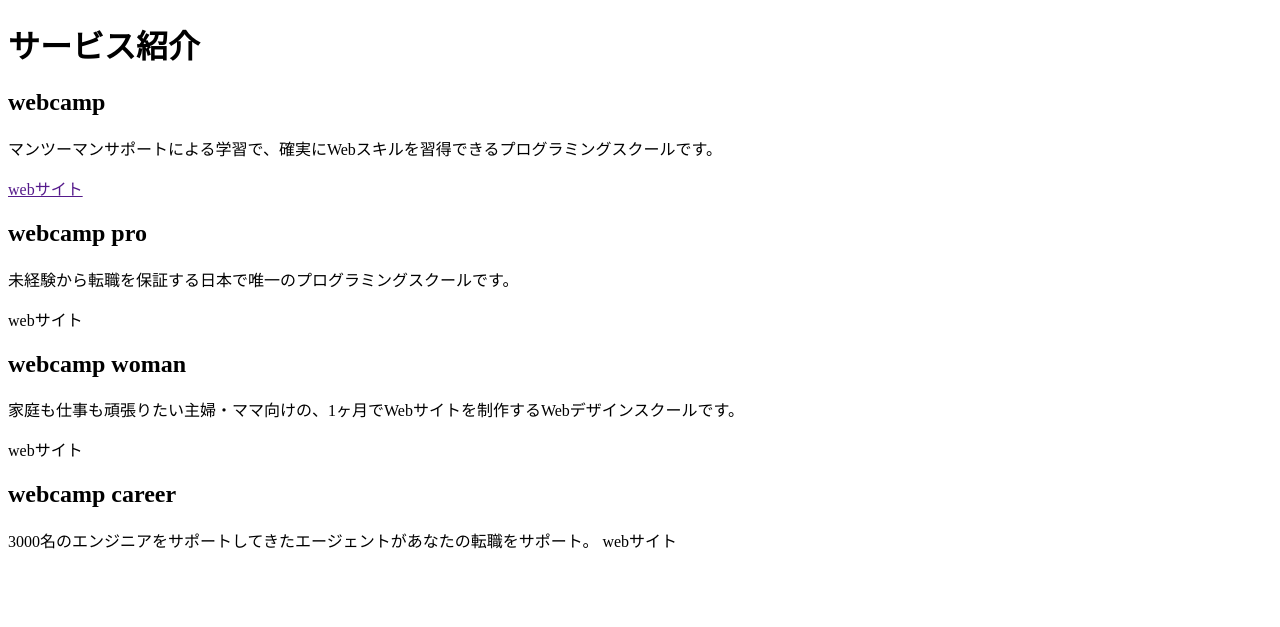
Repository: sutanuki/webcamp
Page: html,css/c2/index.html
The author's editor kept a record of every edit. The page is drawn from the files as they stood at one moment, then again after the next edit.
The browser window is 1280 px wide. The pictures show the whole page.

Above is the page before.

### html,css/c2/index.html
<!DOCTYPE html>
<html>
  <head>
    <meta charset=utf-8 />
    <title></title>
  </head>
  <body>
    <h1>サービス紹介</h1>
      <h2>webcamp</h2>
        <p>マンツーマンサポートによる学習で、確実にWebスキルを習得できるプログラミングスクールです。</p>
        <a href="">webサイト</a>
      <h2>webcamp pro</h2>
        <p>未経験から転職を保証する日本で唯一のプログラミングスクールです。</p>
        webサイト
      <h2>webcamp woman</h2>
        <p>家庭も仕事も頑張りたい主婦・ママ向けの、1ヶ月でWebサイトを制作するWebデザインスクールです。</p>
        webサイト
      <h2>webcamp career</h2>
        <p>3000名のエンジニアをサポートしてきたエージェントがあなたの転職をサポート。
        webサイト
  </body>
</html>

After the next edit:
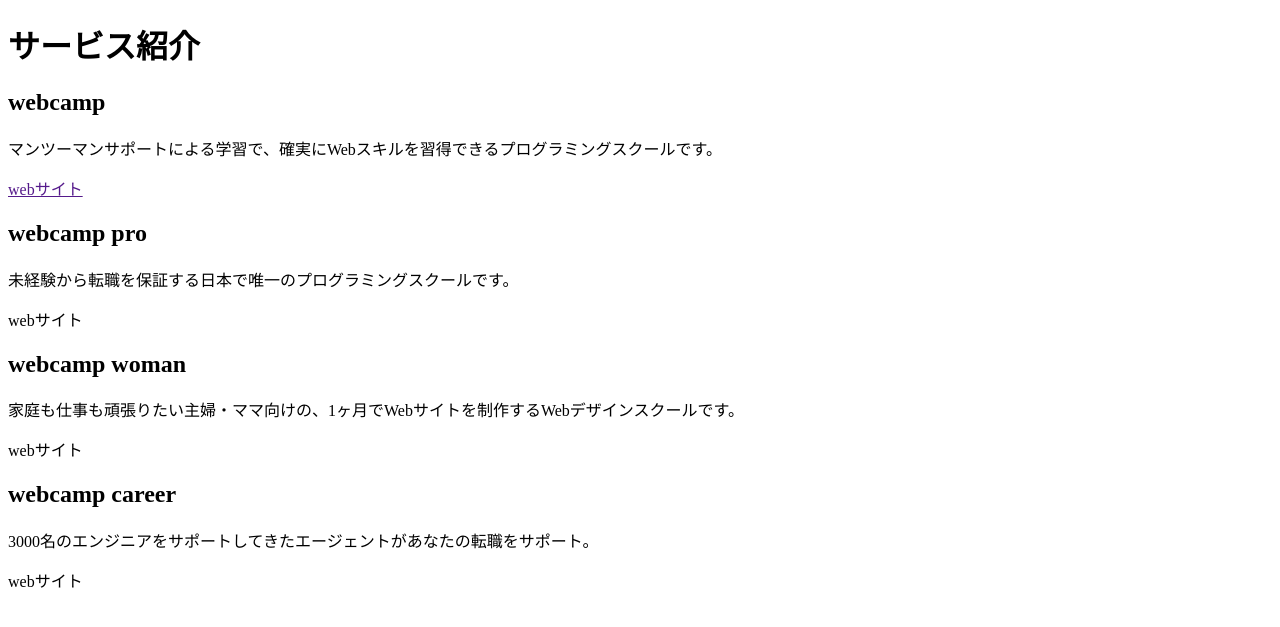
The edit:
--- a/html,css/c2/index.html
+++ b/html,css/c2/index.html
@@ -16,7 +16,7 @@
         <p>家庭も仕事も頑張りたい主婦・ママ向けの、1ヶ月でWebサイトを制作するWebデザインスクールです。</p>
         webサイト
       <h2>webcamp career</h2>
-        <p>3000名のエンジニアをサポートしてきたエージェントがあなたの転職をサポート。
+        <p>3000名のエンジニアをサポートしてきたエージェントがあなたの転職をサポート。</p>
         webサイト
   </body>
 </html>
